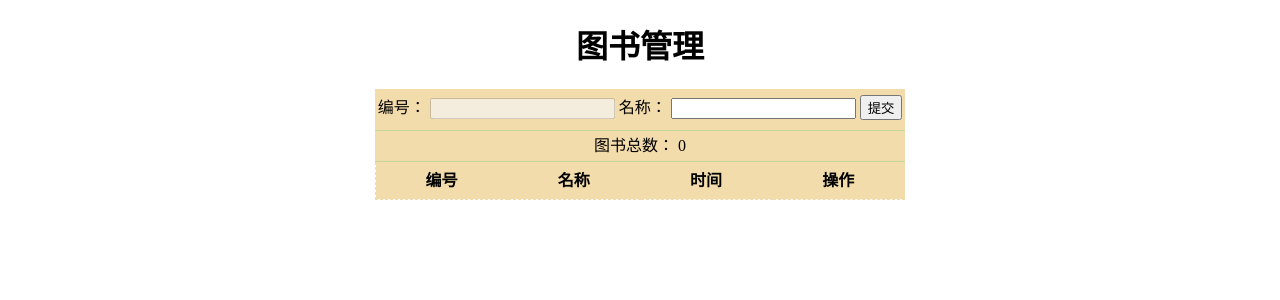
Repository: chenguocan/Vue_axios
Page: mybook/public/books.html
An editor plug-in stored every save of this project. The page is shown before and after the next save, followed by the edit.
The browser window is 1280 px wide. The pictures show the whole page.
The page's requests for data from a server got no answer.

Above is the page before, as saved 2020-07-25 16:27:57.

### mybook/public/books.html
<!DOCTYPE html>
<html lang="en">
  <head>
    <meta charset="UTF-8" />
    <title>Document</title>
    <link rel="stylesheet" type="text/css" href="./css/index.css" />
  </head>
  <body>
    <div id="app">
      <div class="grid">
        <div>
          <h1>图书管理</h1>
          <div class="book">
            <div>
              <label for="id">
                编号：
              </label>
              <input type="text" id="id" v-model="id" disabled="true" v-focus />
              <label for="name">
                名称：
              </label>
              <input type="text" id="name" v-model="name" />
              <button @click="handle" :disabled="submitFlag">提交</button>
            </div>
          </div>
        </div>
        <div class="total">
          <span>图书总数：</span>
          <span>{{total}}</span>
        </div>
        <table>
          <thead>
            <tr>
              <th>编号</th>
              <th>名称</th>
              <th>时间</th>
              <th>操作</th>
            </tr>
          </thead>
          <tbody>
            <tr :key="item.id" v-for="item in books">
              <td>{{item.id}}</td>
              <td>{{item.name}}</td>
              <td>{{item.date | format('yyyy-MM-dd hh:mm:ss')}}</td>
              <td>
                <a href="" @click.prevent="toEdit(item.id)">修改</a>
                <span>|</span>
                <a href="" @click.prevent="deleteBook(item.id)">删除</a>
              </td>
            </tr>
          </tbody>
        </table>
      </div>
    </div>
    <script type="text/javascript" src="./js/vue.js"></script>
    <script src="./js/axios.js"></script>
    <script type="text/javascript">
      /*
         图书管理-添加图书
       */
      axios.defaults.baseURL = "http://localhost:3000";
      axios.interceptors.response.use(
        function (res) {
          return res.data;
        },
        function (error) {
          console.log("数据出错");
        }
      );
      Vue.directive("focus", {
        inserted: function (el) {
          el.focus();
        },
      });
      Vue.filter("format", function (value, arg) {
        function dateFormat(date, format) {
          if (typeof date === "string") {
            var mts = date.match(/(\/Date\((\d+)\)\/)/);
            if (mts && mts.length >= 3) {
              date = parseInt(mts[2]);
            }
          }
          date = new Date(date);
          if (!date || date.toUTCString() == "Invalid Date") {
            return "";
          }
          var map = {
            M: date.getMonth() + 1, //月份
            d: date.getDate(), //日
            h: date.getHours(), //小时
            m: date.getMinutes(), //分
            s: date.getSeconds(), //秒
            q: Math.floor((date.getMonth() + 3) / 3), //季度
            S: date.getMilliseconds(), //毫秒
          };
          format = format.replace(/([yMdhmsqS])+/g, function (all, t) {
            var v = map[t];
            if (v !== undefined) {
              if (all.length > 1) {
                v = "0" + v;
                v = v.substr(v.length - 2);
              }
              return v;
            } else if (t === "y") {
              return (date.getFullYear() + "").substr(4 - all.length);
            }
            return all;
          });
          return format;
        }
        return dateFormat(value, arg);
      });
      var vm = new Vue({
        el: "#app",
        data: {
          flag: false,
          submitFlag: false,
          id: "",
          name: "",
          books: [],
        },
        methods: {
          queryData: async function () {
            this.books = await axios.get("/books");
          },
          handle: async function () {
            if (this.flag) {
              // 编辑图书
              // 就是根据当前的ID去更新数组中对应的数据
              this.books.some((item) => {
                if (item.id == this.id) {
                  item.name = this.name;
                  // 完成更新操作之后，需要终止循环
                  return true;
                }
              });
              this.flag = false;
            } else {
              // 添加图书
              // var book = {};
              // book.id = this.id;
              // book.name = this.name;
              // book.date = 2525609975000;
              // this.books.push(book);
              // 清空表单
              // this.id = "";
              // this.name = "";
              var ret = await axios.post("/books", {
                name: this.name,
              });
              if (ret.status === 200) {
                this.queryData();
              }
            }
            // 清空表单
            this.id = "";
            this.name = "";
          },
          toEdit: function (id) {
            // 禁止修改ID
            this.flag = true;
            console.log(id);
            // 根据ID查询出要编辑的数据
            var book = this.books.filter(function (item) {
              return item.id == id;
            });
            console.log(book);
            // 把获取到的信息填充到表单
            this.id = book[0].id;
            this.name = book[0].name;
          },
          deleteBook: function (id) {
            // 删除图书
            // 根据id从数组中查找元素的索引
            // var index = this.books.findIndex(function(item){
            //   return item.id == id;
            // });
            // 根据索引删除数组元素
            // this.books.splice(index, 1);
            // -------------------------
            // 方法二：通过filter方法进行删除
            this.books = this.books.filter(function (item) {
              return item.id != id;
            });
          },
        },
        computed: {
          total: function () {
            // 计算图书的总数
            return this.books.length;
          },
        },
        watch: {
          name: async function (val) {
            // // 验证图书名称是否已经存在
            // var flag = this.books.some(function (item) {
            //   return item.name == val;
            // });
            var ret = await axios.get("/books/book/" + this.name);
            console.log(ret.status);
            if (ret.status === 1) {
              // 图书名称存在
              this.submitFlag = true;
              console.log(this.submitFlag);
            } else {
              // 图书名称不存在
              this.submitFlag = false;
            }
          },
        },
        mounted: function () {
          // 该生命周期钩子函数被触发的时候，模板已经可以使用
          // 一般此时用于获取后台数据，然后把数据填充到模板
          this.queryData();
        },
      });
    </script>
  </body>
</html>

### mybook/public/css/index.css
.grid {
  margin: auto;
  width: 530px;
  text-align: center;
}
.grid table {
  border-top: 1px solid #c2d89a;
  width: 100%;
  border-collapse: collapse;
}
.grid th,
td {
  padding: 10;
  border: 1px dashed #f3dcab;
  height: 35px;
  line-height: 35px;
}
.grid th {
  background-color: #f3dcab;
}
.grid .book {
  padding-bottom: 10px;
  padding-top: 5px;
  background-color: #f3dcab;
}
.grid .total {
  height: 30px;
  line-height: 30px;
  background-color: #f3dcab;
  border-top: 1px solid #c2d89a;
}

Loaded but not shown: mybook/public/js/vue.js (library); mybook/public/js/axios.js (1660 lines, source omitted)

After the next save:
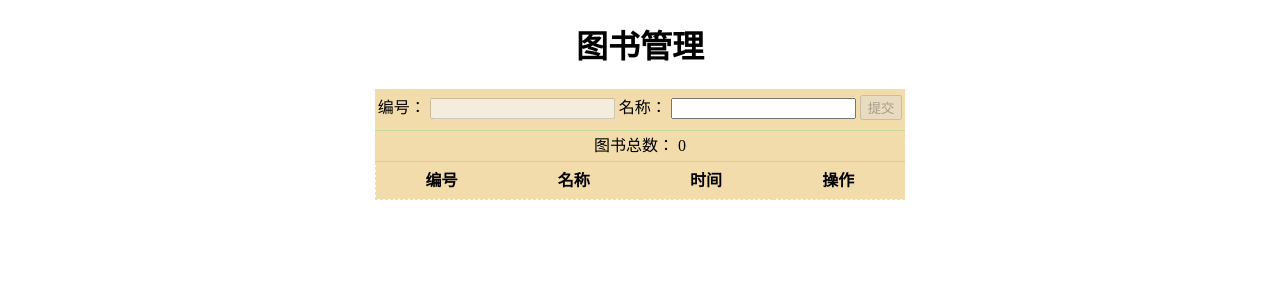
Saved 29 s later.
--- a/mybook/public/books.html
+++ b/mybook/public/books.html
@@ -114,7 +114,7 @@
         el: "#app",
         data: {
           flag: false,
-          submitFlag: false,
+          submitFlag: true,
           id: "",
           name: "",
           books: [],
